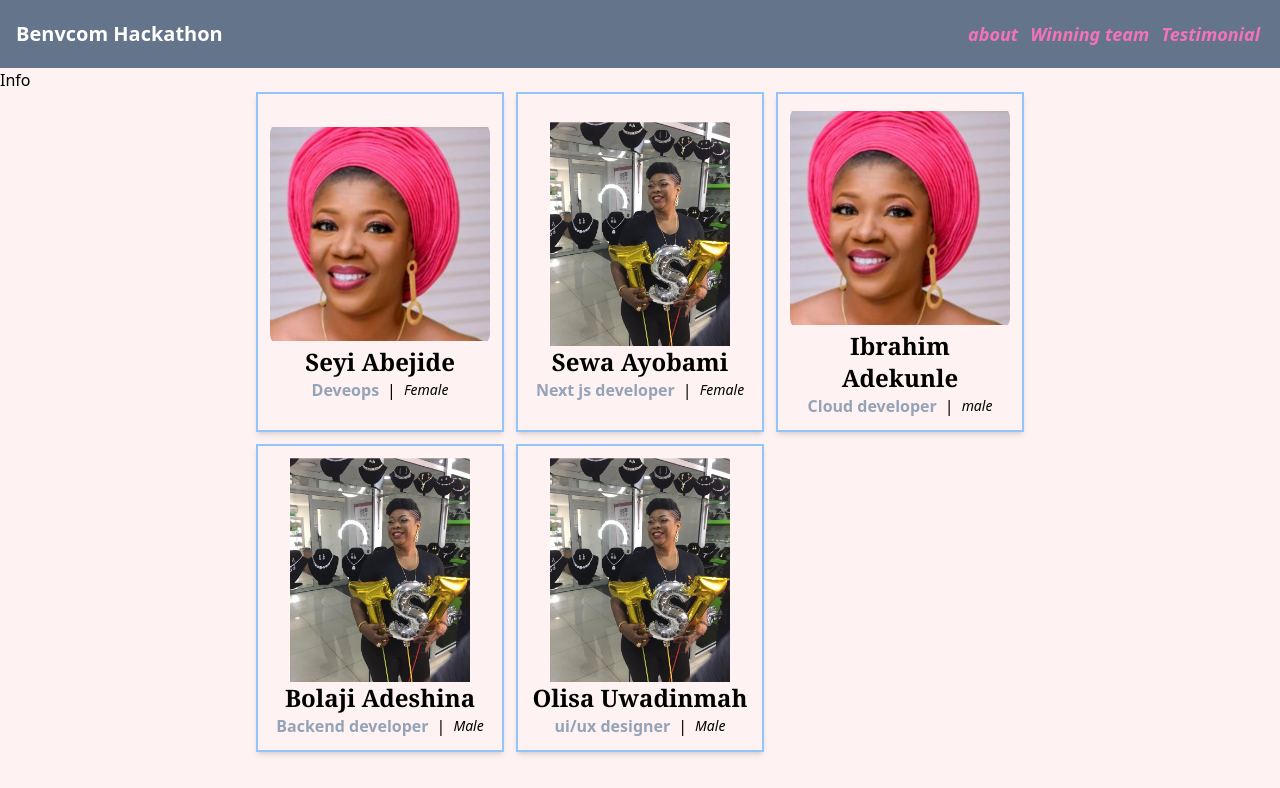
Repository: Semanmernstack/Bincom
Page: /
The author's editor kept a copy of each file at every save. The page is drawn from the files as they stood at one save, then again after the next save.
The browser window is 1280 px wide. The pictures show the whole page.
The project was rebuilt for these pictures with package versions that can differ from the ones it lists, and the page was loaded fresh each time. The framework's server and built-in components were replaced by stand-ins that run in the browser. Also part of the build but not shown: next.config.mjs.

Above is the page before, as saved 2024-01-25 09:46:59.

After the next save:
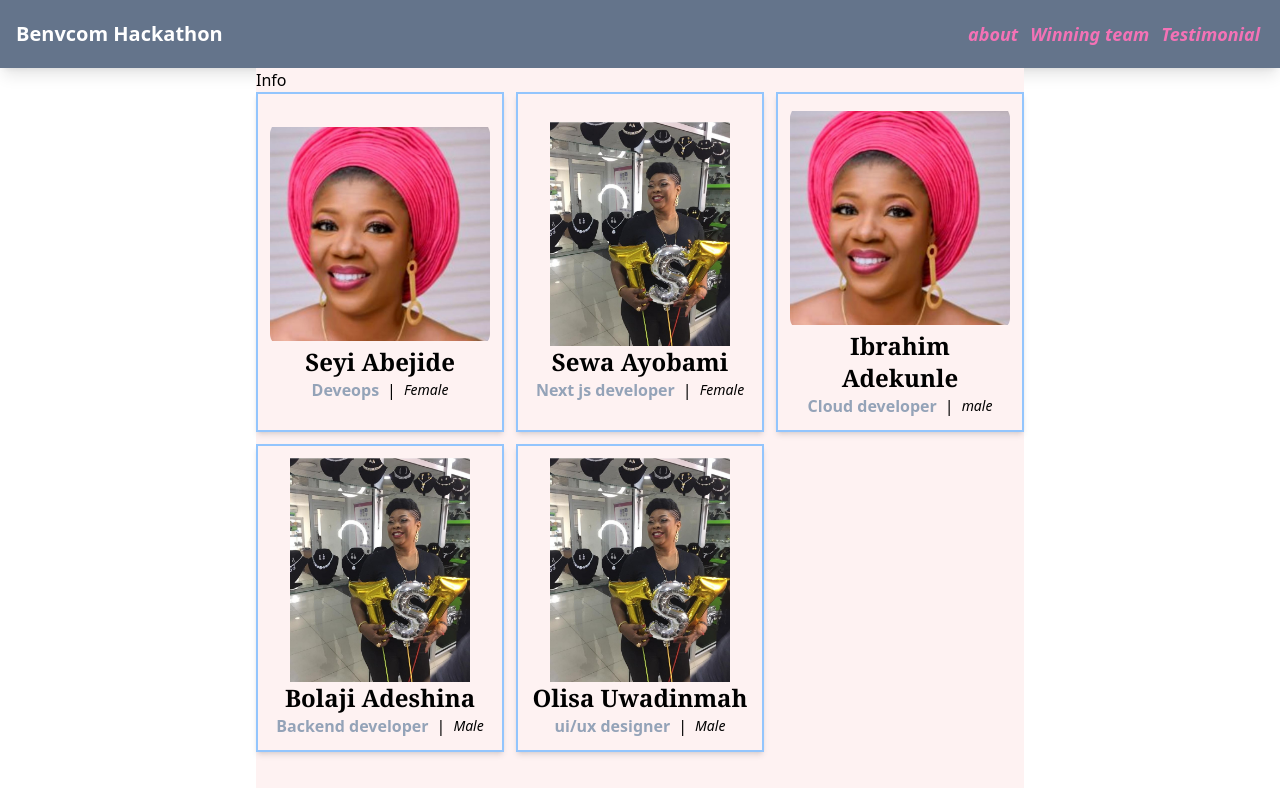
Saved 63 s later.
--- a/app/page.tsx
+++ b/app/page.tsx
@@ -6,7 +6,7 @@ import Info from "./components/Info";
 
 export default function Home() {
   return (
-    <main className="flex flex-col bg-red-50 min-h-screen">
+    <main className="flex flex-col bg-red-50 min-h-screen max-w-3xl mx-auto ">
       <Info/>
       <Hacthon/>
 
